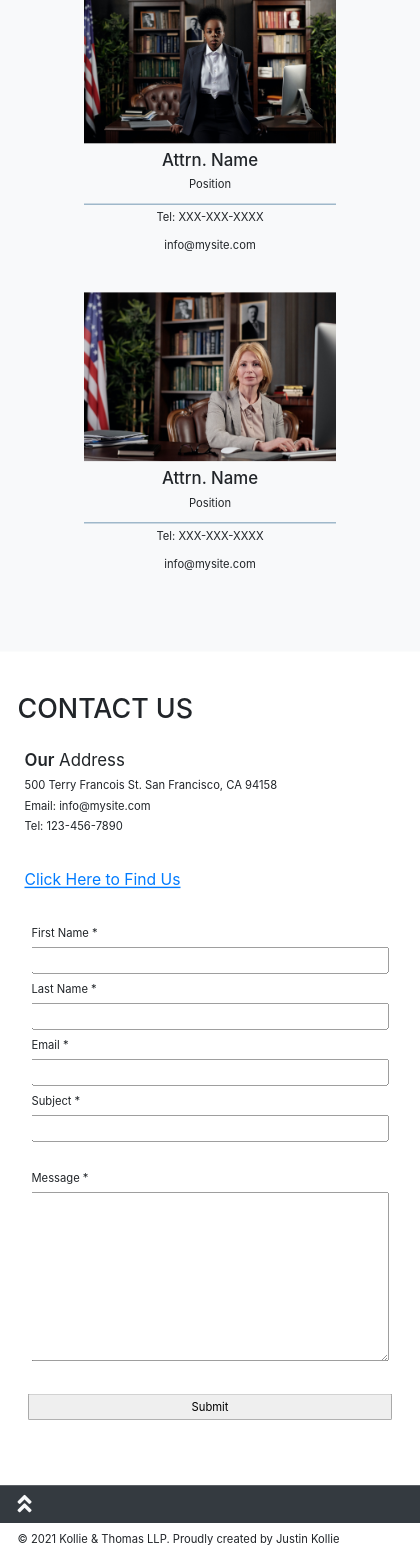
Repository: just-mann/kolllie-kolliellp
Page: index.html
An editor plug-in stored every save of this project. The page is shown before and after a run of saves, followed by the edit.
The browser window is 600 px wide. The pictures show the part of the page from y = 3764 to 6004 px (the page is 6000 px tall before and 6004 px after), at 70% of full size.

Above is the page before, as saved 2021-06-02 01:14:07.

After the next 8 saves:
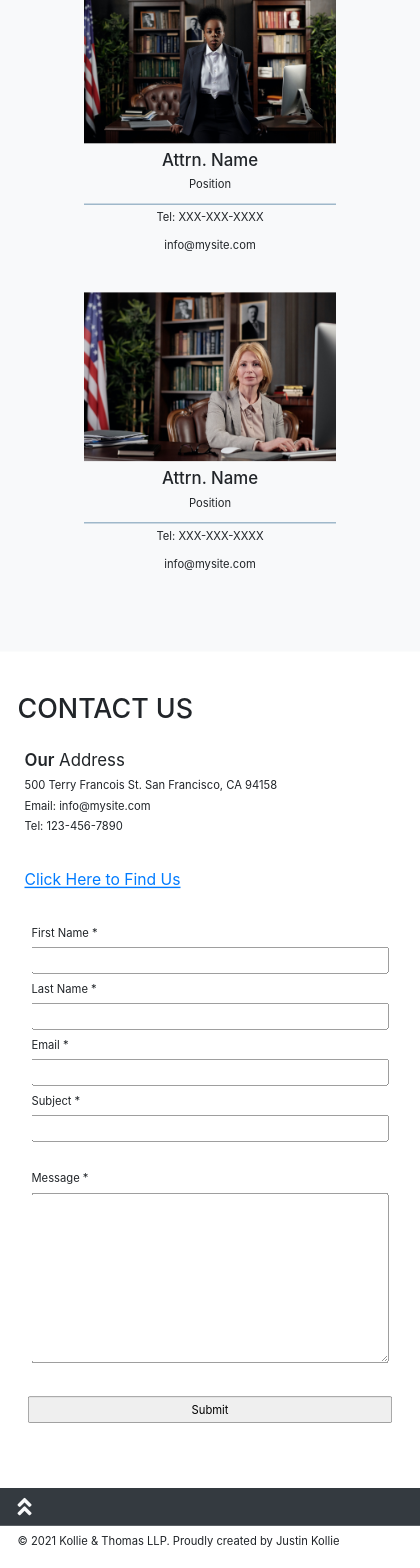
The 8 saves are shown as one change because they came seconds apart.
The last was saved 16 s later.
--- a/assets/css/style.css
+++ b/assets/css/style.css
@@ -238,9 +238,10 @@
 
     form .right__side textarea {
         width: 100%;
-    }
-
-
-
-
-}
+        margin: 2px 0px;
+    }
+
+
+
+
+}

After the save that followed:
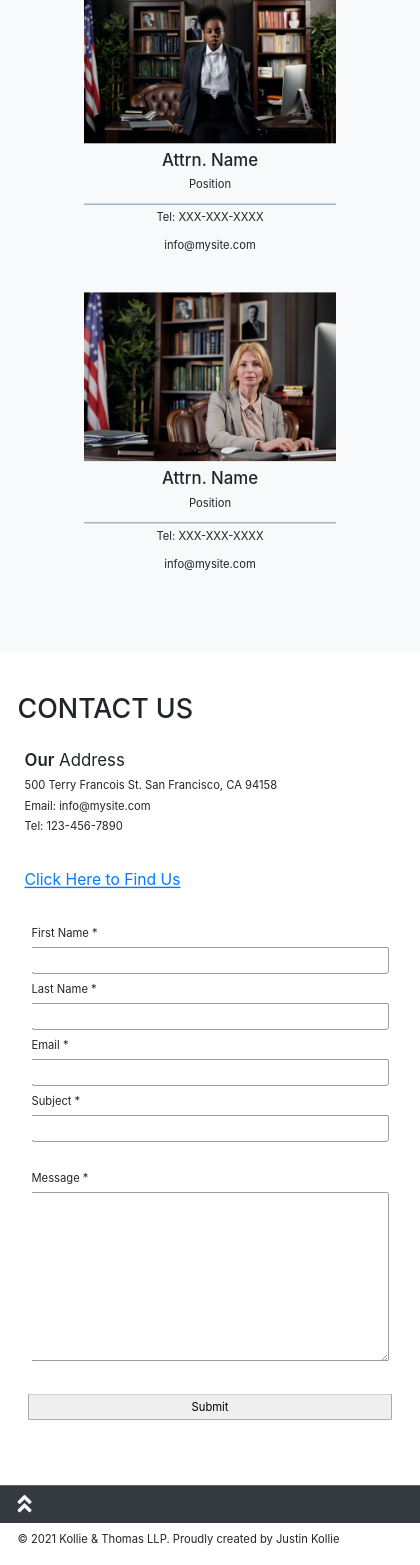
Saved 87 s later.
--- a/assets/css/style.css
+++ b/assets/css/style.css
@@ -238,10 +238,10 @@
 
     form .right__side textarea {
         width: 100%;
-        margin: 2px 0px;
-    }
-
-
-
-
-}
+        /* margin: 2px 0px; */
+    }
+
+
+
+
+}
